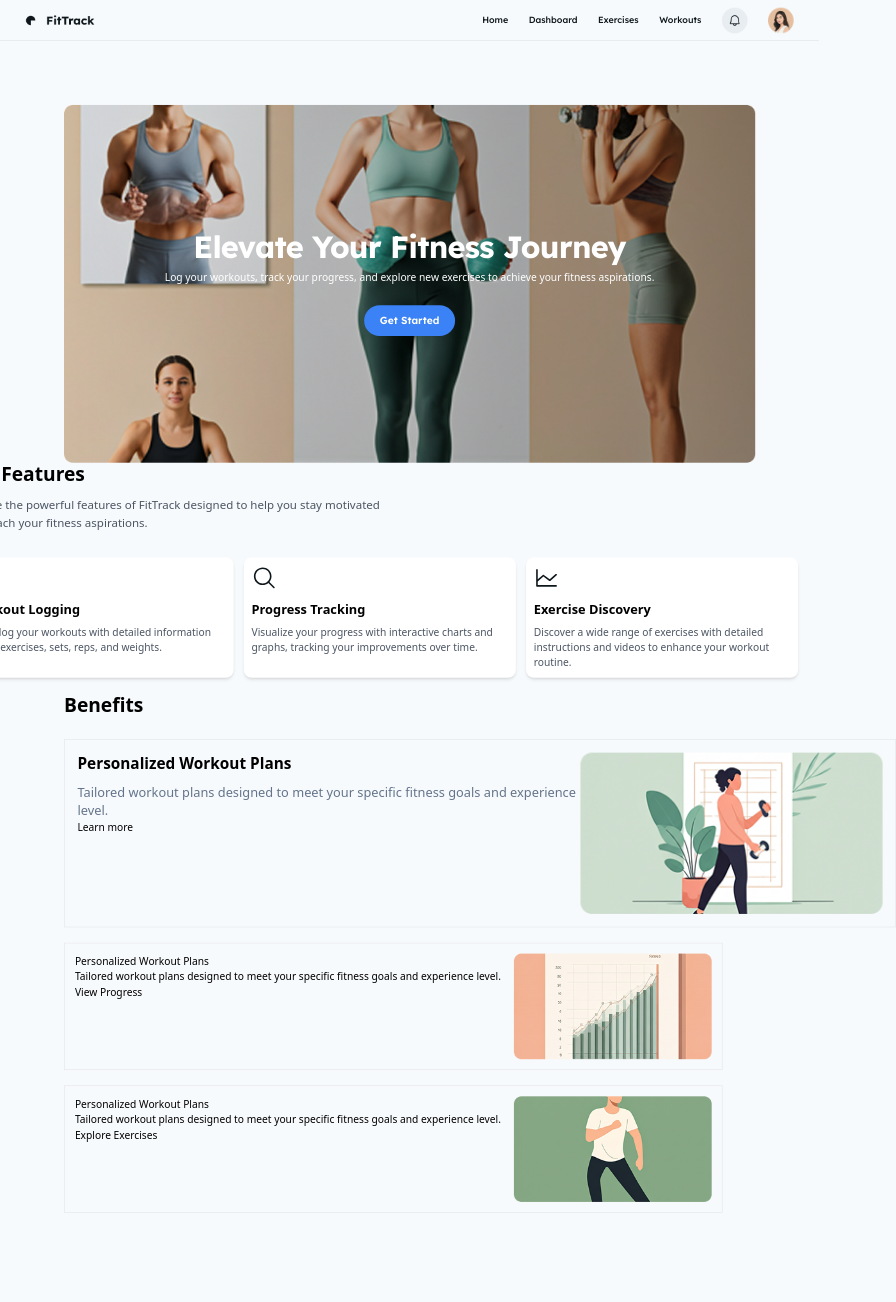
Repository: Emy-gold/fitness-tracking-platform
Page: /
An editor plug-in stored every save of this project. The page is shown before and after the next save, followed by the edit.
The browser window is 1280 px wide. The page is 1400 px wide, so the pictures cover 1400 px, including what lies to the right of the window. The pictures show the whole page, at 64% of full size.
The project was rebuilt for these pictures with package versions that can differ from the ones it lists, and the page was loaded fresh each time. Also part of the build but not shown: vite.config.js, src/Pages/Dashboard.jsx, src/Pages/Exercises.jsx, src/Pages/Workouts.jsx, src/components/Footer.jsx.

Above is the page before, as saved 2025-08-27 15:50:23.

After the next save:
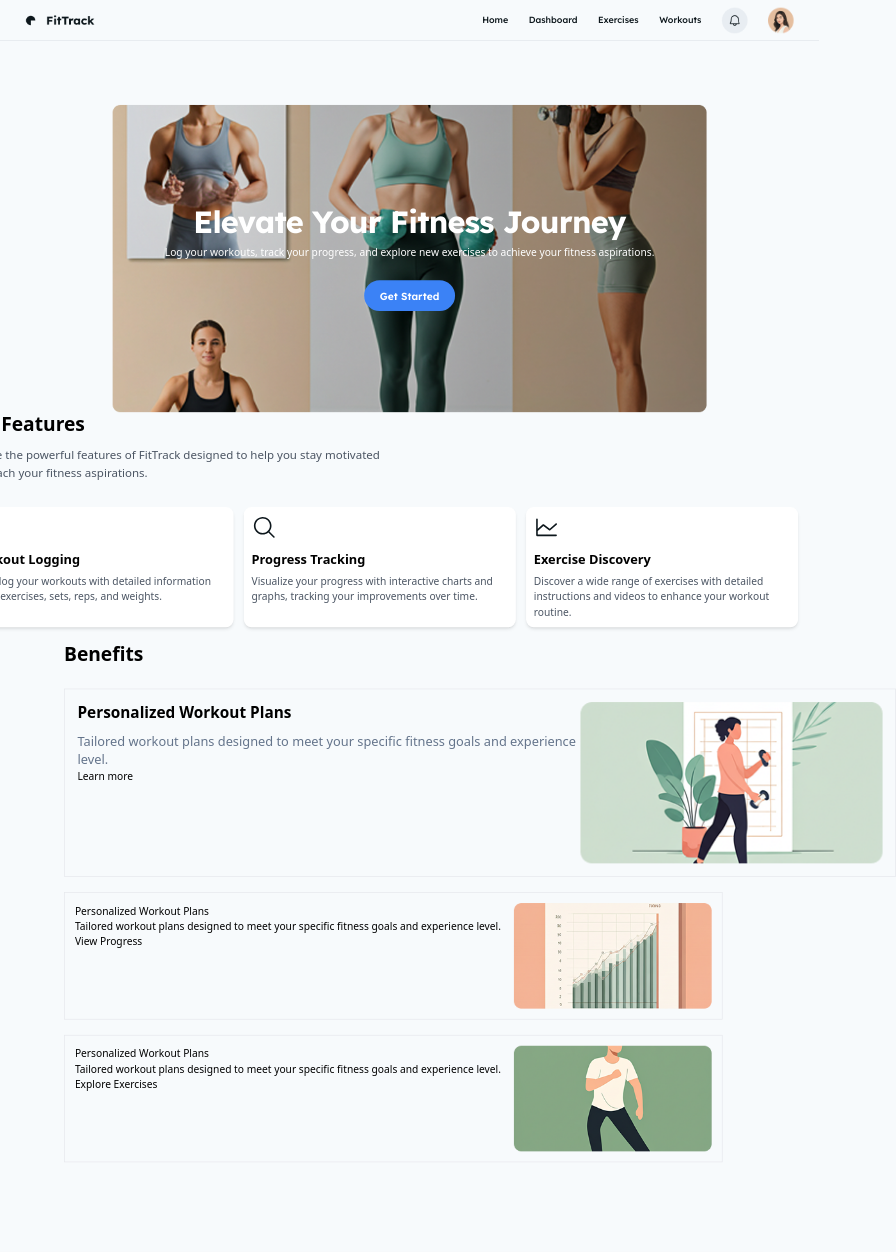
Saved 13 s later.
--- a/src/Pages/Home.jsx
+++ b/src/Pages/Home.jsx
@@ -20,7 +20,7 @@ function Home() {
             <main className='flex flex-col justify-center items-center mx-auto'>
 
                 <section className='relative flex justify-center'>
-                    <img src={homepic} className="md:w-[800px] lg:w-[1300px]" />
+                    <img src={homepic} className="" />
                     <div className="absolute inset-0 flex flex-col justify-center text-center text-white">
                         <h1 className='text-5xl font-lexend font-bold mb-3 tracking-tight '>Elevate Your Fitness Journey</h1>
                         <p className=''>Log your workouts, track your progress, and explore new exercises to achieve your fitness aspirations.</p>
